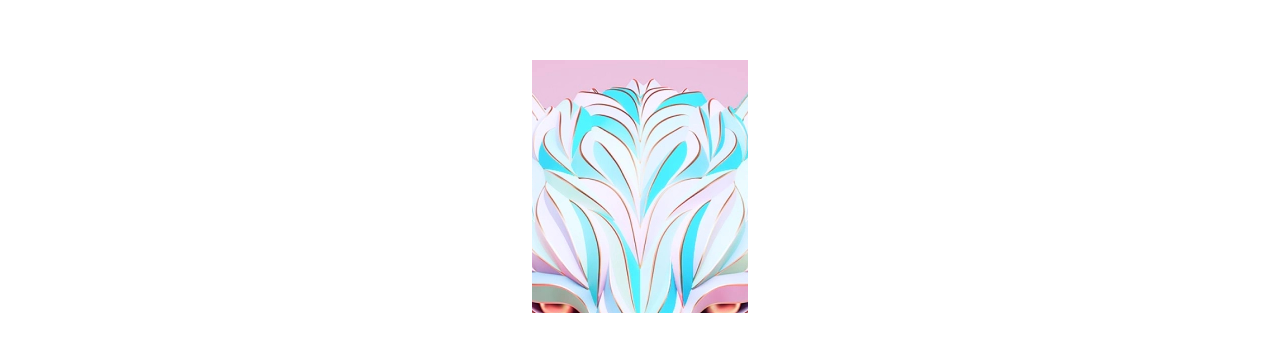
Repository: longNT0dev/C4E132
Page: SS4/index.html
These files come from the project's save history. The page is drawn as it stood at one moment and after the next save; the edit follows.
The browser window is 1280 px wide. The pictures show the whole page.

Above is the page before, as saved 2022-10-02 21:27:16.

After the next save:
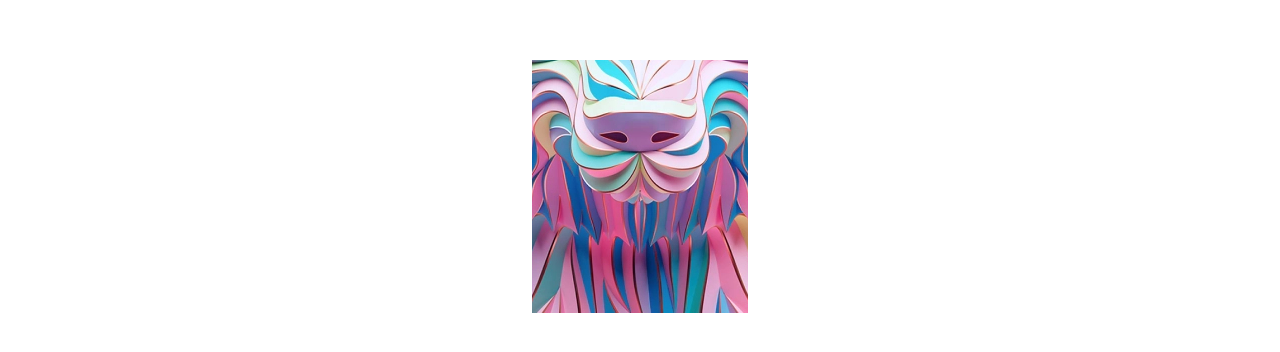
Saved 8 s later.
--- a/SS4/style.css
+++ b/SS4/style.css
@@ -10,5 +10,5 @@
     /* background-color: black; */
     margin: 60px auto;
     background-image: url("oYiTqum.jpg");
-    background-position: top;
+    background-position: bottom;
 }
